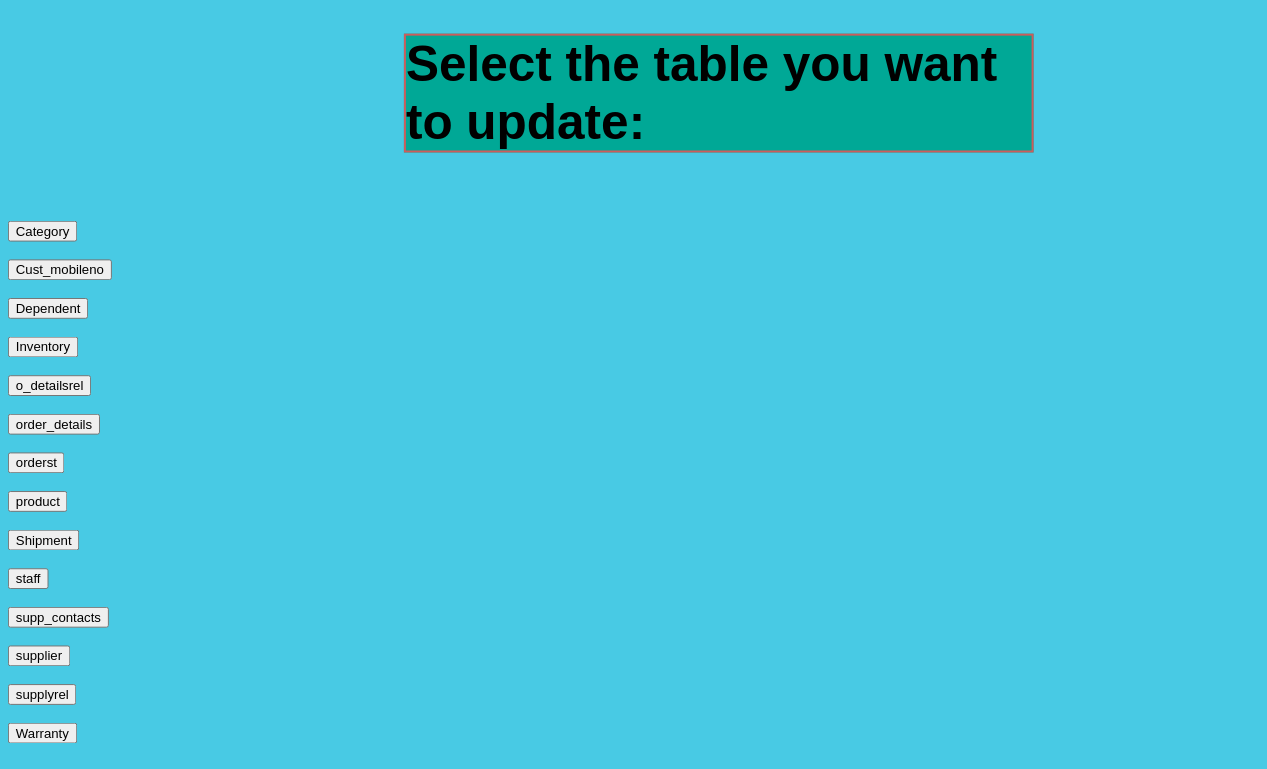
Repository: cyrusdwivedi2002/inventory-management-system
Page: DemoApp/src/main/webapp/update.html
The author's editor kept a copy of each file at every save. The page is drawn from the files as they stood at one save, then again after the next save.
The browser window is 1280 px wide. The pictures show the whole page, at 99% of full size.
Some web fonts or font styles are not loaded; a fallback is used.

Above is the page before, as saved 2022-06-24 19:12:27.

After the next save:
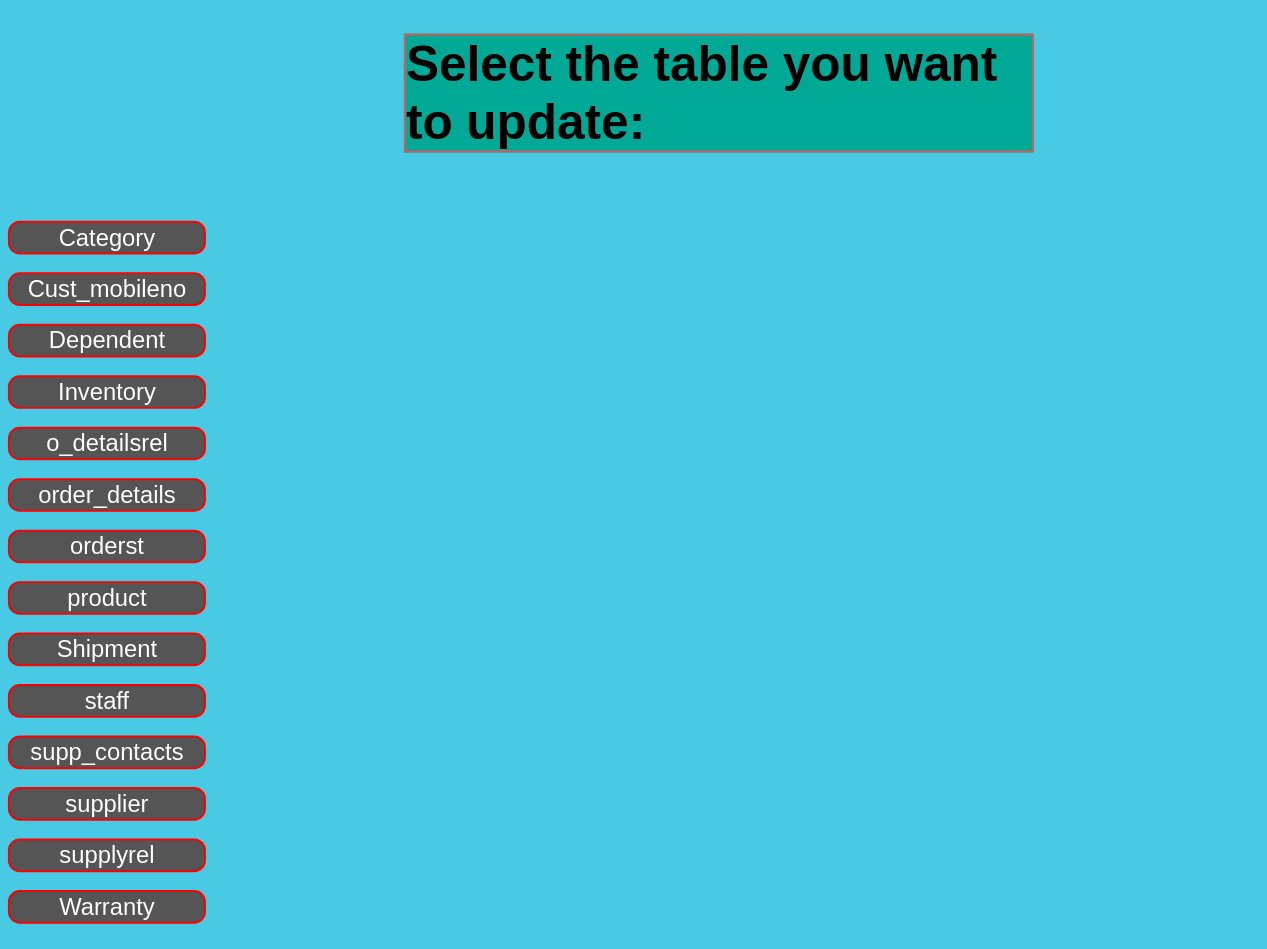
Saved 34 s later.
--- a/DemoApp/src/main/webapp/update.html
+++ b/DemoApp/src/main/webapp/update.html
@@ -22,7 +22,7 @@ border: 2px solid indianred;
 font-size:50px;
 }
 
-button{
+input{
 background-color: #555555;
 color:white;
 font-size: 24px;
@@ -30,13 +30,13 @@ width:200px;
 border-radius: 12px;
 border:2px solid red;
 }
-button:hover{
+input:hover{
 cursor:pointer;
 background-color:#ef476f;
 box-shadow: 0 12px 16px 0 rgba(0,0,0,0.75), 0 17px 50px 0 rgba(0,0,0,0.50);
 transition: all 0.4s;
 }
-button:active {
+input:active {
   background-color: #4CAF50; /* Green */
   color: white;
 }
